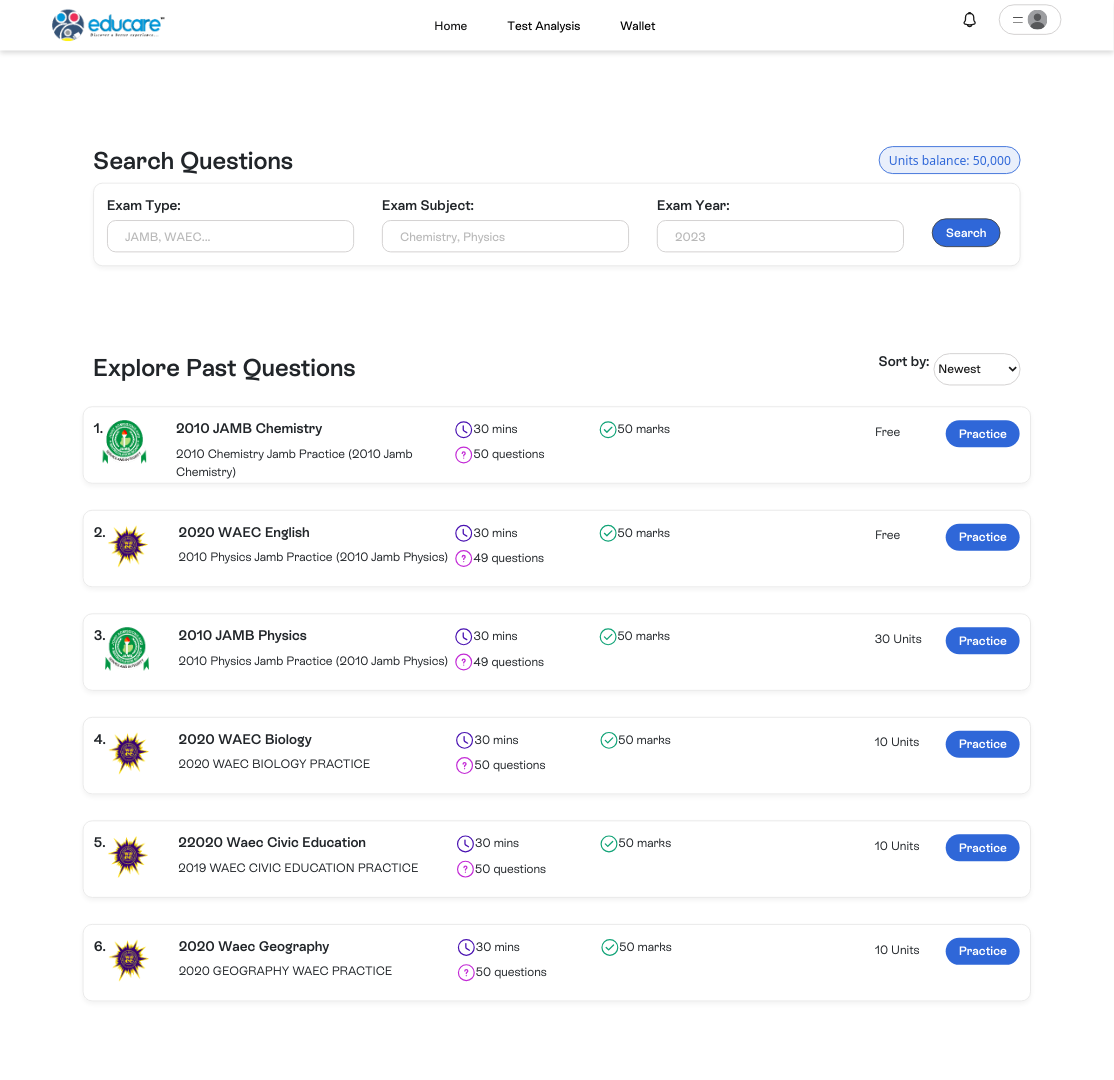
Repository: sarahnnanyelugo/educare-cbt
Page: /exam-list
These files come from the project's save history. The page is drawn as it stood at one moment and after the next save; the edit follows.
The browser window is 1280 px wide. The pictures show the whole page, at 87% of full size.
The project was rebuilt for these pictures with package versions that can differ from the ones it lists, and the page was loaded fresh each time. Also part of the build but not shown: src/components/Form/SignUpForm.js, src/pages/AuthenticationPage/auth.scss, src/pages/AuthenticationPage/AuthenticationPage.js, src/components/TestModal/test-modal.scss, src/components/EducareNavBar/MobileDrop/Mobile-drop.js, src/pages/TestInstructions/TestInstructions.js, src/TestData/walletData.js, src/pages/Wallet/Activity.js and 38 more. Imported but missing from the stored project, and not drawn on this page: src/components/Form/Password, src/components/GoogleButton/GoogleButton.

Above is the page before, as saved 2023-11-13 14:54:55.

### src/App.css
@font-face {
  font-family: rebondG;
  src: url(./assets/fonts/Rebond_font/RebondG.otf);
}
@font-face {
  font-family: rebondG-Bold;
  src: url(./assets/fonts/Rebond_font/RebondG-Bold.otf);
}
@font-face {
  font-family: rebondG-Semi-Bold;
  src: url(./assets/fonts/Rebond_font/Rebond-semibold.otf);
}
@font-face {
  font-family: rebondG-Medium;
  src: url(./assets/fonts/Rebond_font/RebondGrotesqueMedium.otf);
}
@font-face {
  font-family: rebondBook;
  src: url(./assets/fonts/Rebond_font/RebondG-Book.ttf);
}

h1,
h2,
h3,
h4,
h5,
h6 {
  font-family: rebondG-Semi-Bold;
}

p {
  font-family: rebondBook;
  font-size: 16px;
}
small {
  font-family: rebondBook;
}
button {
  font-family: rebondG-Semi-Bold;
}
ul li {
  font-family: rebondG-Medium;
}
@media screen and (min-width: 620px) {
  .flexy {
    display: flex;
  }
}
@media screen and (max-width: 620px) {
  .flexyM {
    display: flex;
  }
}
hr {
  border-color: #a4a2a2 !important;
}

### src/pages/ExamList/ExamList.js
import React, { useState } from "react";
import { Exams } from "../../components/Exams/Exams";
import { exams } from "../../TestData";
import "./exam-list.scss";
import Table from "react-bootstrap/Table";
import { Navbar } from "../../components/Navbar/Navbar";
import EducareNavBar from "../../components/EducareNavBar/EducareNavBar";
import { useLocation } from "react-router-dom";

export const ExamList = ({ componentToShow }) => {
  const [state, setState] = useState({
    query: "",
    list: exams,
  });
  const location = useLocation();

  return (
    <>
      {/* <div>
        {componentToShow === "EducareNavBar" ? <EducareNavBar /> : <Navbar />}
      </div> */}
      <div>
        {/* {location.pathname === "/home" ? <Navbar /> : <EducareNavBar />} */}
        <Navbar />
      </div>
      <div className="home-div col-md-10 offset-md-1 mt5">
        <div className="flexy flexyM unit">
          <h3>Search Questions</h3>
          <button>Units balance: 50,000</button>
        </div>
        <div className="flexy question-type-div">
          <div className="col-md-11 flexy">
            {" "}
            <div className="col-md-4">
              <h6>Exam Type:</h6>
              <input placeholder="JAMB, WAEC..." />
            </div>
            <div className="col-md-4">
              <h6>Exam Subject:</h6>
              <input placeholder="Chemistry, Physics" />
            </div>
            <div className="col-md-4">
              <h6>Exam Year:</h6>
              <input placeholder="2023" />
            </div>
          </div>
          <div className="col-md-1 ">
            <button>Search</button>
          </div>
        </div>
        <div className="flexy sort flexyM">
          <h3>Explore Past Questions</h3>
          <div className="flexy flexyM">
            <h6>Sort by:</h6>
            <select>
              <option>Newest</option>
              <option>Oldest</option>
              <option>Subject</option>
              <option>Year</option>
            </select>
          </div>
        </div>
        <div className="row ">
          {state.list.map((data, index) => (
            <Exams data={data} />
          ))}
        </div>
      </div>
    </>
  );
};

### src/pages/ExamList/exam-list.scss
@import "../../variables";
@import "../../shared-styles";

.home-div {
  padding-top: 60px;
  padding-bottom: 60px;
  .unit {
    h3 {
      flex-grow: 1;
    }
    button {
      color: #2f67d8;
      background: #2f67d81a;
      border: solid 1px #2f67d8;
      width: 163px;
      font-size: 14px;
      height: 32px;
      border-radius: 100px;
      @media screen and (max-width: 620px) {
        width: 140px;
        font-size: 12px;
      }
    }
    @media screen and (max-width: 620px) {
      margin-bottom: 10px;
    }
  }
  .question-type-div {
    border-radius: 11px;
    background: #ffffff;
    padding: 15px;
    border: solid 1px #e7e7e7;
    box-shadow: 0px 3px 6px #0000000d;
    input {
      width: 90%;
      border: solid 1px #cecbcb;
      height: 37px;
      border-radius: 10px;
      background: #fff;
      padding-left: 20px;
      @media screen and (max-width: 620px) {
        width: 100%;
      }
    }
    ::placeholder {
      color: #191919 !important;
      text-align: left;
      opacity: 0.3;
      font-size: 14px !important;
      font-family: rebondG-Medium;
    }
    button {
      @include main-btn;
      margin-top: 25px;
    }
    h6 {
      @media screen and (max-width: 620px) {
        margin-top: 30px;
      }
    }
  }
  .sort {
    margin-top: 100px;
    margin-bottom: 20px;
    h3 {
      flex-grow: 1;
      @media screen and (max-width: 620px) {
        font-size: 16px;
        margin-top: 10px;
      }
    }
    h6 {
      // margin-top: 10px;
      margin-right: 5px;
    }
    select {
      border: solid 1px #cecbcb;
      border-radius: 35px;
      width: 100px;
      height: 37px;
      background: #fff;
      font-family: rebondG-Medium;
      font-size: 14px;
      color: #191919;
    }
  }
}

### src/components/Navbar/navbar.scss
.nav-container {
  padding: 5px 60px;
  box-shadow: 0px 3px 6px #00000029;
  background: #fff;
  @media screen and (max-width: 620px) {
    padding: 15px 5px;
  }
  .logo-holder {
    flex-grow: 1;
    img {
      width: 50%;
      @media screen and (max-width: 620px) {
        width: 100%;
      }
    }
  }
  .navs {
    flex-grow: 1;

    .navlinks {
      button {
        margin: 0 10px;
        padding: 5px 13px;
        border: none;
        color: #000;
        margin-top: 10px;
        text-decoration: none;
        font-size: 14px;
        border-radius: 100px;
        background: #fff;
        font-family: rebondG-Medium;
        @media screen and (max-width: 620px) {
          margin: 0 0px;
        }
      }
    }
  }
}
.active {
  button {
    color: #2f67d8 !important;
    background: #c7d8fa !important;
  }
}
.hide {
  display: none;
}
.meu-holder {
  width: 72px;
  height: 35px;
  background: var(--unnamed-color-ffffff) 0% 0% no-repeat padding-box;
  border: 1px solid var(--unnamed-color-cecbcb);
  background: #ffffff 0% 0% no-repeat padding-box;
  border: 1px solid #cecbcb;
  border-radius: 100px;
  padding-left: 15px;
  padding-top: 3px;
  margin-left: 15px;
  .menu-icon {
    width: 12px;
    height: 8px;
    margin-right: 5px;
  }
  .person {
    height: 23px;
    width: 23px;
  }
}

### src/pages/TestInstructions/test-instructions.scss
@import "../../variables";
@import "../../shared-styles";

.test-instructions-div {
  padding-top: 80px;
  padding-bottom: 250px;
  background: url("../../assets/images/brush-bg.png");
  background-size: cover;
  background-repeat: no-repeat;
  //   background-position: center;
  @media screen and (max-width: 620px) {
    padding-left: 10px;
    padding-right: 10px;
  }
  .T-instructions {
    border: 1px solid #e7e7e7;
    box-shadow: 0px 3px 6px #0000000d;
    border-radius: 10px;
    height: 444px;
    background: #fff;
    padding: 30px 20px;
    @media screen and (max-width: 620px) {
      height: fit-content;
    }
    .title-div {
      border-bottom: 1px solid #e7e7e7;
    }
    .inner {
      margin-top: 30px;
      h6 {
        margin-bottom: 20px;
        font-size: 16px;
      }
      p {
        font-size: 16px;
      }
      .proceed-btn {
        @include main-btn;
      }
      .back-btn {
        border: 1px solid #2f67d8;
        color: #2f67d8;
        background: #fff;
        border-radius: 100px;
        width: 91px;
        height: 36px;
        font-size: 14px;
      }
      .instruction-btns {
        margin-top: 250px;
        @media screen and (max-width: 620px) {
          margin-top: 120px;
        }
      }
    }
    ul {
      margin-top: 60px;
    }
    ul li {
      color: #d52143;
      font-size: 14px;
      img {
        margin-right: 7px;
      }
    }
  }
}

### src/pages/Wallet/wallet.scss
@import "../../variables";
@import "../../shared-styles";

.balance-sheet {
  height: 146px;
  border: 1px solid var(--unnamed-color-2f67d8);
  background: #2f67d81a 0% 0% no-repeat padding-box;
  box-shadow: 0px 3px 6px #0000000d;
  border: 1px solid #2f67d8;
  border-radius: 10px;
  padding: 20px;
  button {
    @include main-btn;
    margin-top: 40px;
  }
  h1 {
    font-family: rebondG-Bold;
  }
}
.activity-div {
  height: 106px;
  background: var(--unnamed-color-ffffff) 0% 0% no-repeat padding-box;
  background: #ffffff 0% 0% no-repeat padding-box;
  box-shadow: 0px 3px 6px #0000000d;
  border: 1px solid #e7e7e7;
  border-radius: 11px;
  padding: 0px 20px;
  margin-top: 20px;
  small {
    font-size: 12px;
    color: #191919;
    opacity: 0.5;
  }
  p {
    font-size: 14px;
    color: #191919;
    opacity: 0.5;
    line-height: 20px;
  }
  h6 {
    // margin: 0 !important;
  }
  img {
    height: 49px;
    width: 50px;
    margin-top: 20px;
  }
}

.your-div {
  opacity: 0;
  transform: translateY(100%);
  transition: opacity 0.5s, transform 0.5s;
}

.your-div.slide-in {
  opacity: 1;
  transform: translateY(0);
}

/* Add a delay for each div */
.your-div:nth-child(1) {
  transition-delay: 0.5s;
}

.your-div:nth-child(2) {
  transition-delay: 1s;
}

.your-div:nth-child(3) {
  transition-delay: 1.5s;
}
.your-div:nth-child(4) {
  transition-delay: 2s;
}

/* Add more rules for additional divs */

### src/pages/SummaryPage/summary.scss
@import "../../variables";
@import "../../shared-styles";

.test-instructions-div {
  padding-top: 80px;
  padding-bottom: 250px;
  background: url("../../assets/images/brush-bg.png");
  background-size: cover;
  background-repeat: no-repeat;
  .test-body {
    height: 394px;
    box-shadow: 0px 3px 6px #0000000d;
    border: 1px solid #e7e7e7;
    border-radius: 10px;
    background: #fff;
    h3 {
      color: #191919;
      font-family: rebondG-Bold;
      font-size: 20px;
    }

    .attempts-btn {
      border-bottom: solid 1px #e7e7e7;
    }
  }
  .return-btn {
    padding: 5px 10px;
    background: #2f67d8;
    border: solid 1px #414244;
    border-radius: 100px;
    font-family: rebondG-Semi-Bold;
    color: #fff;
    font-size: 14px;
  }
}
.summary-btn {
  border: solid 1px #2f67d8;
  box-shadow: 0px 3px 6px #0000000d;
  border-radius: 10px;
  width: 94px;
  height: 52px;
  color: #2f67d8;
  font-family: rebondG-Bold;

  background: #2f67d81a;
  font-size: 14px;
}
.submit-query {
  padding-top: 20px;
  padding-bottom: 20px;
}

### src/components/Exams/exams.scss
@import "../../variables";
@import "../../shared-styles";

.questions-div {
  border: 1px solid #e7e7e7;
  border-radius: 11px;
  box-shadow: 0px 3px 6px #0000000d;
  height: 89px;
  margin-bottom: 30px;
  padding-top: 15px;

  @media screen and (max-width: 620px) {
    height: fit-content;
    overflow: scroll;
  }
  h6 {
    font-size: 16px;
  }
  p {
    font-size: 14px;
  }
  button {
    @include main-btn;
  }

  tr td {
    border: none;
    padding: 0 !important;
    text-align: left;
    // overflow: scroll;
    small {
      font-size: 14px;
    }
  }
}

### src/_variables.scss
$blue: #0098da;
$lightblue: #e1f2fa;
$purple: #5044b2;
@mixin get-started-button {
  color: #fff;
  border-radius: 35px;
  border: solid 1px #414244;
  padding: 8px 20px;
  font-size: 14px;
  font-family: rebondG-Semi-Bold;

  // &:hover {
  //   background: #30266b;
  //   transition: 0.5s ease;
  // }
}
@mixin main-btn {
  background: #2f67d8 !important;
  color: #fff;
  border-radius: 100px;
  // width: 91px;
  // height: 36px;
  padding: 5px 15px;
  font-size: 14px;
  border: solid 1px #414244;
  font-family: rebondG-Semi-Bold;

  &:hover {
    background: #1e4ba7 !important;
    transition: 0.5s ease;
  }
}
@mixin login-or-signup-button {
  background: #fff !important;
  color: #414244;
  border-radius: 32px;
  padding: 5px 15px;
  font-size: 14px;
  // font-weight: bold;
  border: none;
  border: solid 2px rgb(230, 225, 225);
  font-family: rebondG-Semi-Bold;

  &:hover {
    background: rgb(231, 231, 231) !important;
    transition: 0.5s ease;
  }
}

### src/pages/TestAnalysis/Analysis/analysis.scss
@import "../../../variables";
@import "../../../shared-styles";

.analysis-div {
  padding-top: 15px;

  @media screen and (max-width: 620px) {
    height: fit-content;
    overflow: scroll;
  }
  button {
    @include main-btn;
  }
  h6 {
    font-size: 16px;
  }
  p {
    font-size: 14px;
  }
  button {
    @include main-btn;
  }

  tr td {
    border: none;
    padding-top: 10px !important;
    padding-bottom: 5px !important;
    text-align: left;
    // border-top: 1px solid #e7e7e7;
    // border-bottom: 1px solid #e7e7e7;
    small {
      font-size: 14px;
    }
  }
  th {
    font-size: 16px;
    padding-top: 15px;
    padding-bottom: 15px;

    font-family: rebondG-Semi-Bold;
    color: #191919;
  }
}

### src/components/EducareNavBar/MenuTab/_menu-tab.scss
@import "../../../variables";
@import "../../../shared-styles";

.nav-pills .nav-link.active {
  color: #0098da !important;

  border-radius: 0 !important;
  transition: 1s ease !important;
  font-size: 13px !important;
  // margin-left: -4px;
  background: transparent !important;
}
.nav-link {
  color: #161617 !important;
  font-family: rebondG-Semi-Bold;
  padding: 0px !important;
  font-size: 14px !important;
  padding: 5px 0px 5px 0 !important;
  margin-top: 10px;
  width: 100%;
  &:hover {
    color: #161617 !important;
    // background: #e7e7e7;
  }
}
.menu-links {
  span {
    margin-left: 20px;
  }
}
.nav-rowed {
}
.tab-headerss {
  padding-left: 40px;
  @media screen and (max-width: 620px) {
    padding: 0;
  }
  .drop-down-nav {
    color: #161617 !important;
    font-family: rebondG-Semi-Bold;
    padding: 0px !important;
    padding-left: 10px !important;
    font-size: 14px !important;
    line-height: 35px !important;
    &:hover {
      color: #0098da !important;
    }
  }
}

.tab-content {
  background: #fff;
  // margin-left: -14px;
  padding: 10px;
  padding-left: 30px;
  color: #000;
  @media screen and (max-width: 620px) {
    padding: 0;
  }
}

### src/components/EducareNavBar/MobileDrop/mobile-drop.scss
@import "../../../variables";
@import "../../../shared-styles";

.mobile-drop-container {
  .accordion-button::after {
    margin-left: 20px !important;
    margin-top: 0px !important;
  }
  .accordion-header {
    background: none !important;
    // padding-bottom: 80px;
  }

  .accordion-body {
  }
  .accordion-button:not(.collapsed) {
    border: none !important;
    box-shadow: none !important;
  }

  .accordion-button:focus {
    outline: none !important;
    color: #161617 !important;
  }
  .accordion-button:hover {
    outline: none !important;
    background: none !important;
  }
  .accordion-button {
    padding-left: 15px !important;
    padding: 0 !important;
    box-shadow: none !important;
    margin-bottom: 20px;
  }
  .accordion-button::after {
    background-image: none !important;
    content: "\02C7";
    font-size: 25px !important;
    color: black !important;
    margin-top: 5px !important;
    font-weight: bold !important;
  }
  .accordion-button:not(.collapsed)::after {
    content: "\02C6" !important;
    margin-top: -5px !important;
  }
  .accordion-button:not(.collapsed) {
    color: black !important;
    box-shadow: none !important;
    border: none !important;
  }
}
.accordion {
  background: none !important;
}

### src/components/EducareNavBar/MenuLink/menu-link.scss
.menu-link-container {
  // padding-left: 10px;
  height: 150px;
  // background: red !important;
  padding: 7px;
  margin-bottom: 5px;
  @media screen and (max-width: 620px) {
    padding: 0;
  }
  &:hover {
    background: #f8f8f8;
    border-radius: 5px;
  }
  img {
    height: 28px;
    width: 28px;
  }
  p {
    font-size: 10px;
    line-height: 16px;
    @media screen and (max-width: 620px) {
      line-height: 22px;
    }
  }
  h6 {
    font-size: 16px !important;
    margin-top: 5px;
  }
}
.menu-link {
  &:hover {
    color: #161617;
  }
}
.hidden {
  display: none;
}

Loaded but not shown: public/index.html (common file); src/index.js (common file); src/index.css (common file); src/reportWebVitals.js (common file); src/components/scrollToTop.js (common file); src/TestData/questionsData.js (1013 lines, source omitted); src/components/EducareNavBar/MenuTab/MenuTab.js (162 lines, source omitted); src/TestData/MenuLinksData.js (206 lines, source omitted); src/TestData/summaryData.js (82 lines, source omitted); src/components/TestModal/TestModal.js (74 lines, source omitted); src/components/Navbar/Navbar.js (83 lines, source omitted); src/components/Exams/Exams.js (66 lines, source omitted); src/App.js (42 lines, source omitted); src/TestData/analysisData.js (85 lines, source omitted); src/TestData/examsData.js (65 lines, source omitted); src/components/EducareNavBar/MenuLink/MenuLink.js (35 lines, source omitted); src/TestData/index.js (5 lines, source omitted); src/components/EducareNavBar/EducareNavBar.jsx (1102 lines, source omitted); src/components/EducareNavBar/_educare-navbar.scss (466 lines, source omitted); src/components/Form/form.scss (213 lines, source omitted); src/pages/Question/question.scss (143 lines, source omitted); src/pages/AnalysisDashboard/analysis-dashboard.scss (136 lines, source omitted); src/pages/Home/home.scss (129 lines, source omitted); src/_shared-styles.scss (129 lines, source omitted)

After the next save:
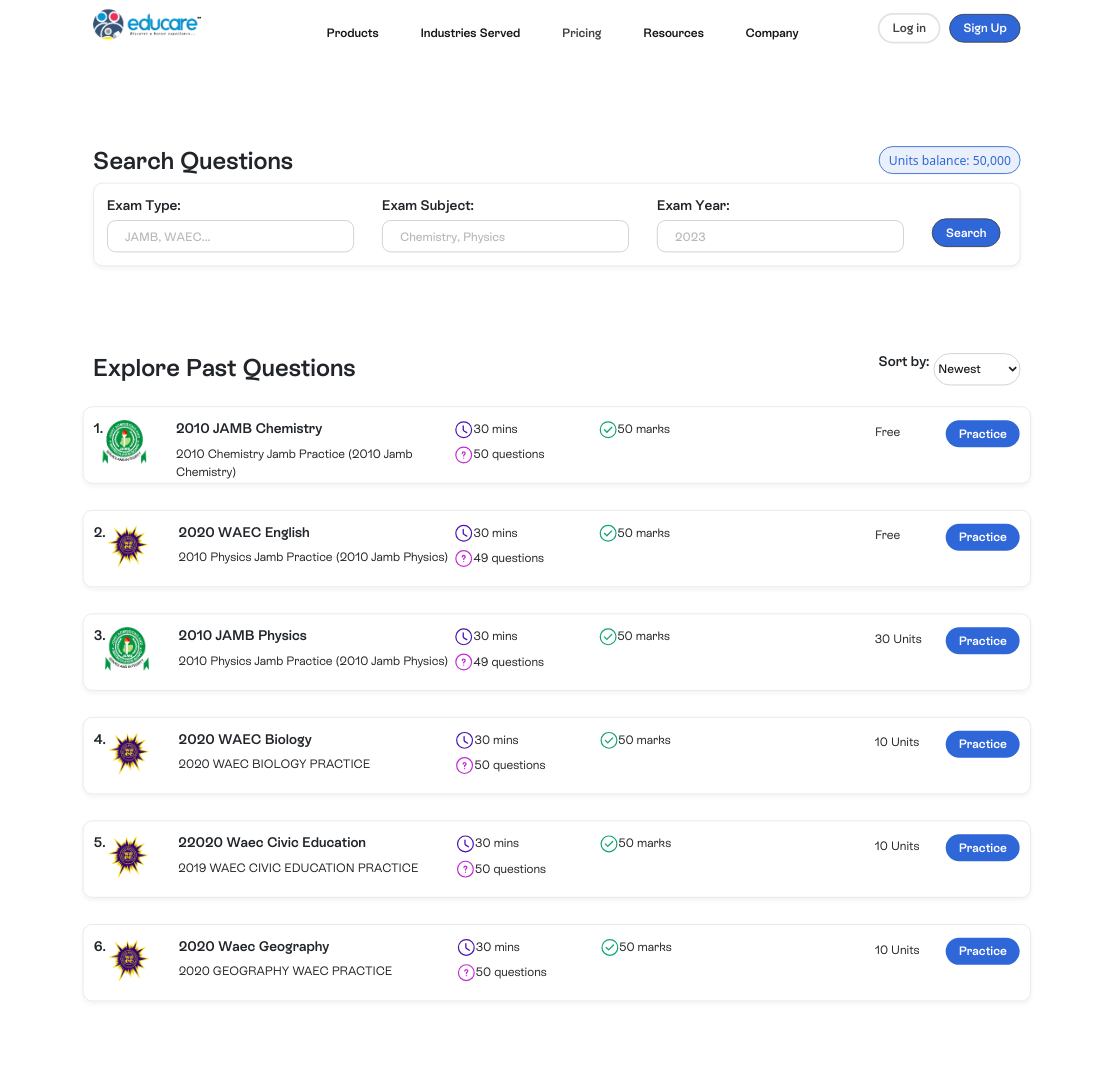
Saved 3 min 21 s later.
--- a/src/pages/ExamList/ExamList.js
+++ b/src/pages/ExamList/ExamList.js
@@ -8,6 +8,8 @@
 import { useLocation } from "react-router-dom";
 
 export const ExamList = ({ componentToShow }) => {
+  const [user, setUser] = useState(JSON.parse(sessionStorage.getItem("user")));
+
   const [state, setState] = useState({
     query: "",
     list: exams,
@@ -16,11 +18,8 @@
 
   return (
     <>
-      {/* <div>
-        {componentToShow === "EducareNavBar" ? <EducareNavBar /> : <Navbar />}
-      </div> */}
       <div>
-        {/* {location.pathname === "/home" ? <Navbar /> : <EducareNavBar />} */}
+        {location.pathname === "/home" ? <Navbar /> : <EducareNavBar />}
         <Navbar />
       </div>
       <div className="home-div col-md-10 offset-md-1 mt5">

After the save that followed:
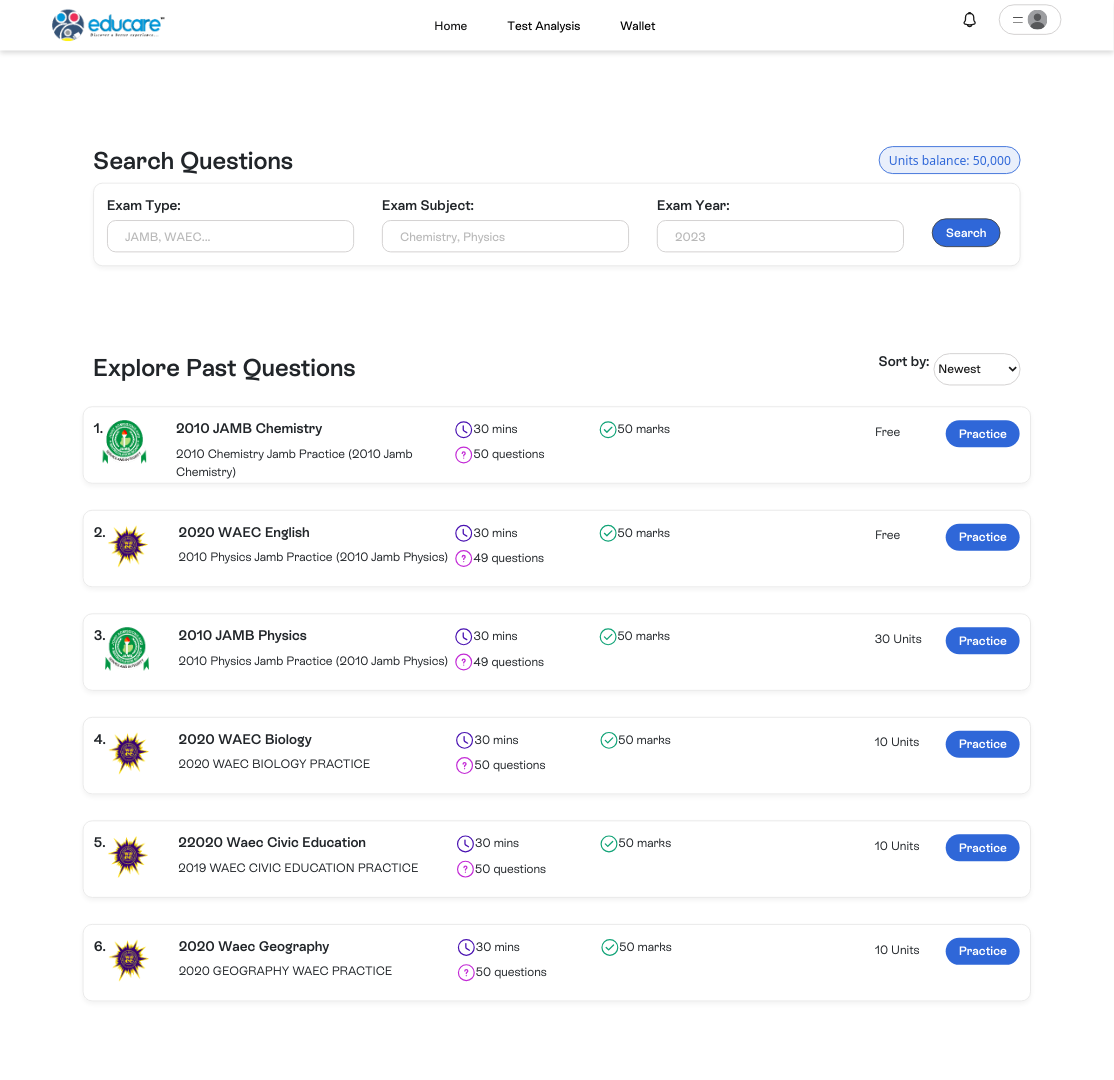
Saved 42 s later.
--- a/src/pages/ExamList/ExamList.js
+++ b/src/pages/ExamList/ExamList.js
@@ -19,8 +19,8 @@
   return (
     <>
       <div>
-        {location.pathname === "/home" ? <Navbar /> : <EducareNavBar />}
-        <Navbar />
+        {user !== undefined ? <Navbar /> : <EducareNavBar />}
+        {/* <Navbar /> */}
       </div>
       <div className="home-div col-md-10 offset-md-1 mt5">
         <div className="flexy flexyM unit">
